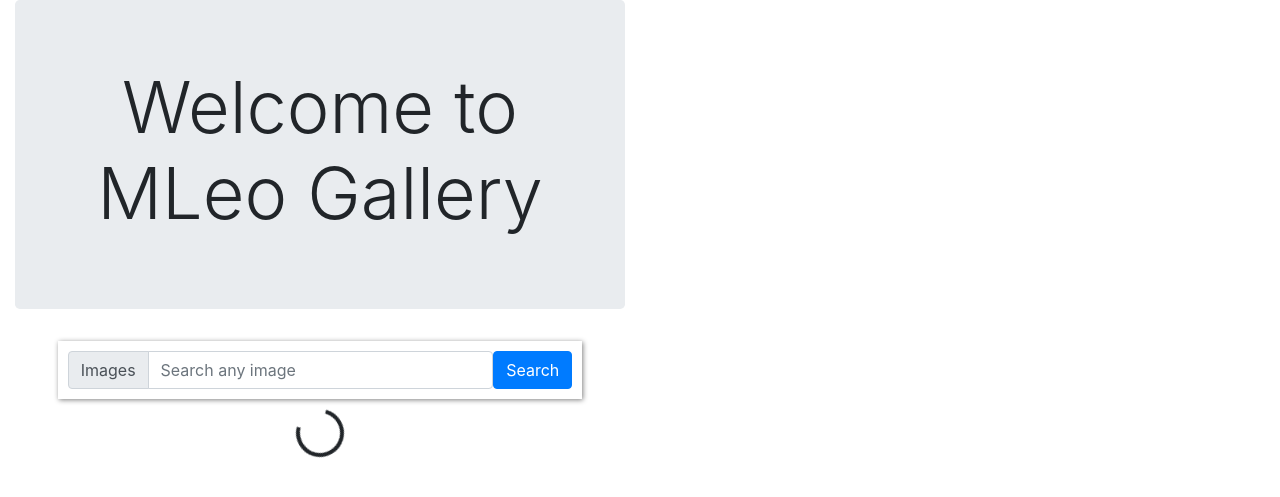
Repository: the-manohar/gallery
Page: /
An editor plug-in stored every save of this project. The page is shown before and after the next save, followed by the edit.
The browser window is 1280 px wide. The pictures show the whole page.
The project was rebuilt for these pictures with package versions that can differ from the ones it lists, and the page was loaded fresh each time.

Above is the page before, as saved 2020-06-18 23:20:40.

After the next save:
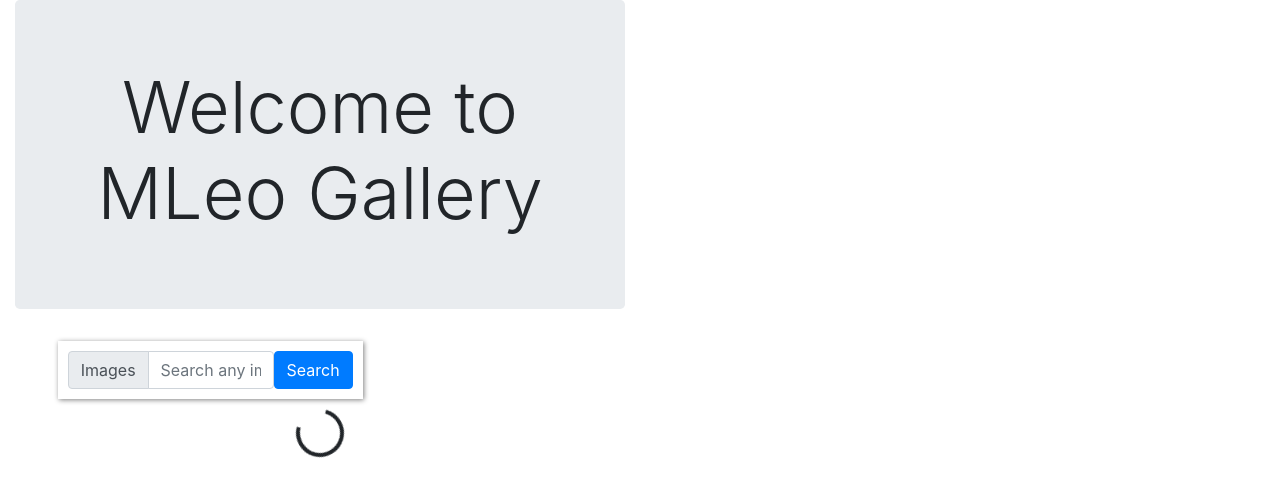
Saved 31 s later.
--- a/src/App.js
+++ b/src/App.js
@@ -28,7 +28,7 @@ function App() {
       <Jumbotron>
         <h1 className="display-3">Welcome to MLeo Gallery</h1>
       </Jumbotron>
-      <div className="mydiv ">
+      <div className="mydiv col-sm-6">
         {/* <span>Search</span> */}
         <InputGroup>
           <InputGroupAddon addonType="prepend">
